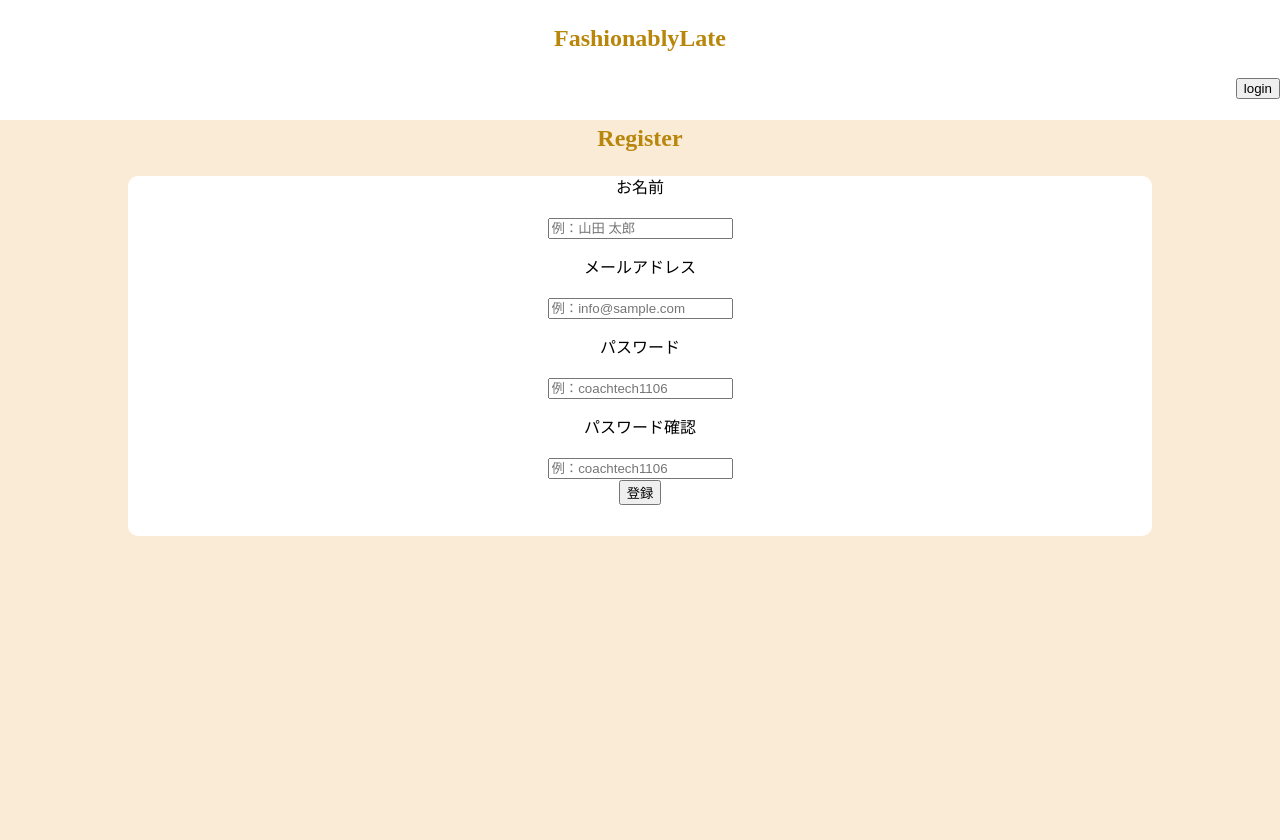
Repository: tokisiro/test-form
Page: http://localhost/register
The author's editor kept a copy of each file at every save. The page is drawn from the files as they stood at one save, then again after a run of saves.
The browser window is 1280 px wide. The pictures show the whole page.
The page is served by the project's Laravel application, run on PHP 8.4 with Laravel 8. A made-up administrator, Test User (test@example.com), is signed in.

Above is the page before, as saved 2025-05-07 20:38:38.

After the next 5 saves:
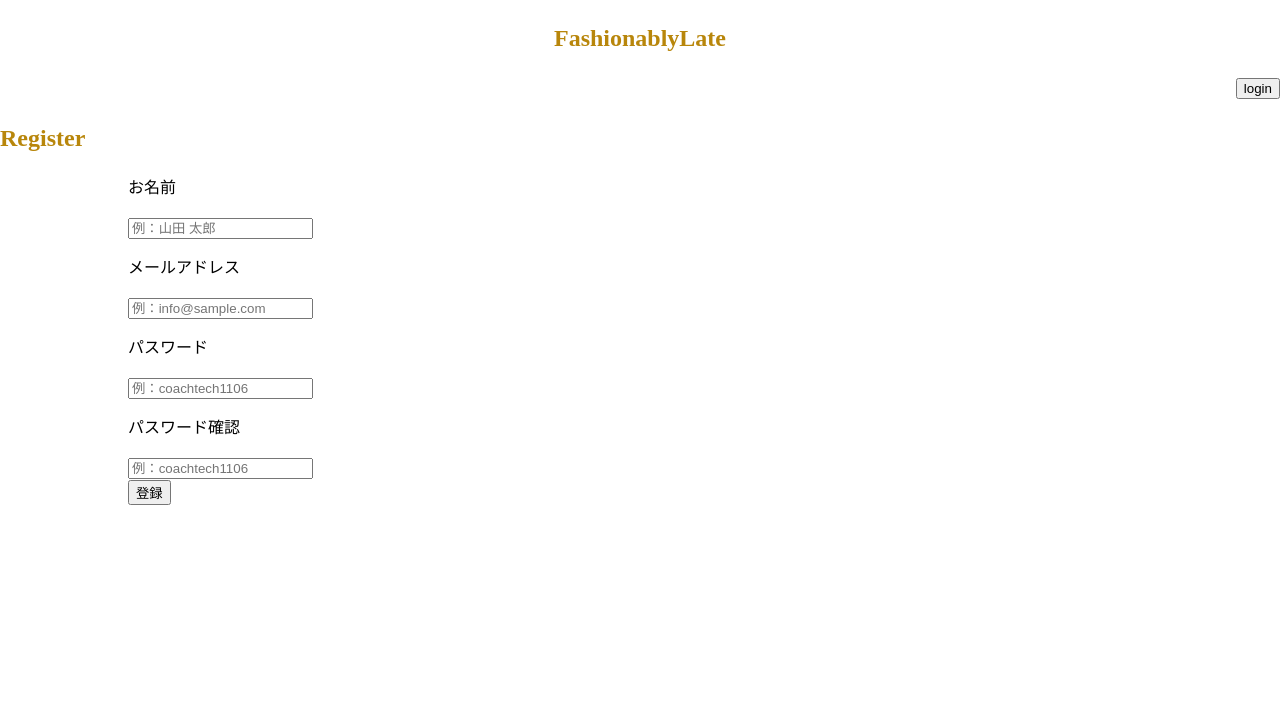
The 5 saves are shown as one change because they came seconds apart.
The last was saved 26 s later.
--- a/src/public/css/register.css
+++ b/src/public/css/register.css
@@ -25,6 +25,7 @@
     text-align: right;
 }
 
+.header__
 
 
 .register-form {

After the 3 saves that followed:
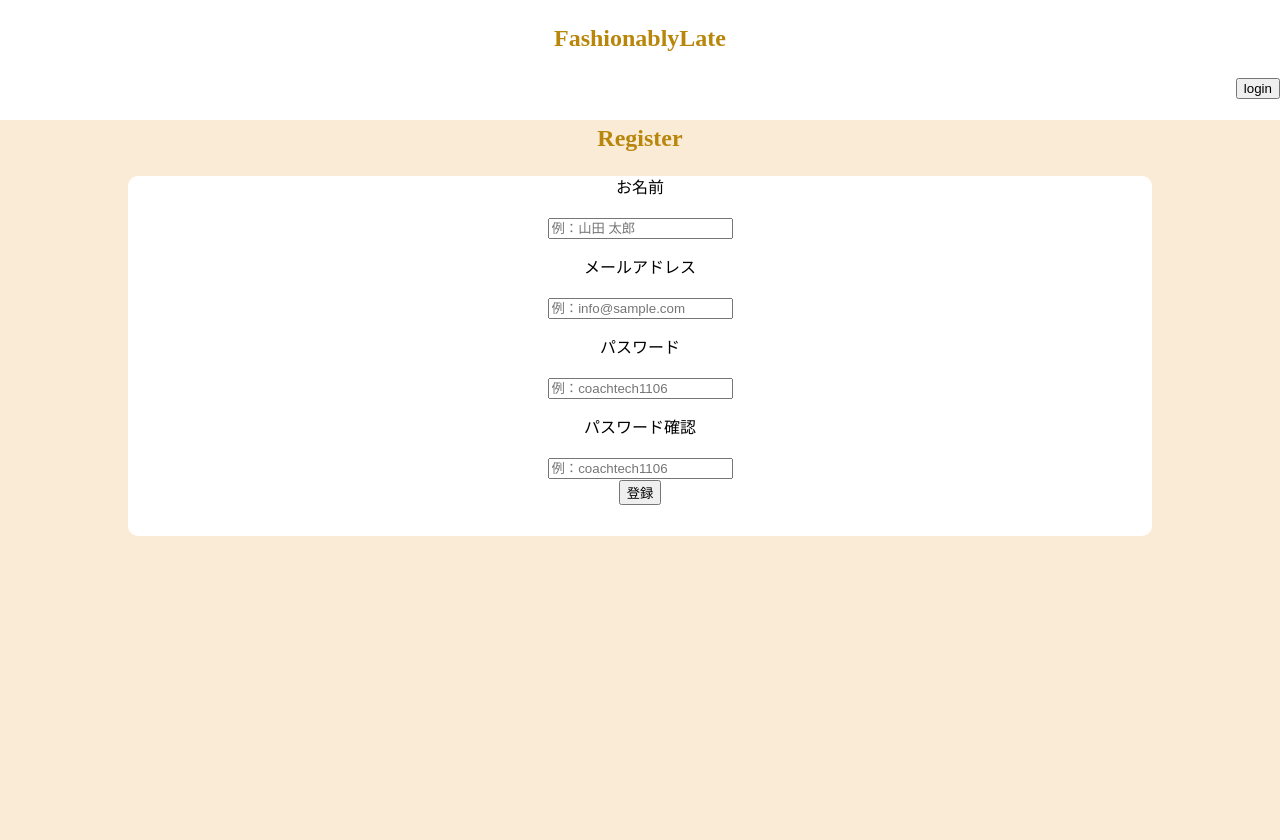
The 3 saves are shown as one change because 1 left the picture as it was and some came seconds apart.
The last was saved 10 s later.
--- a/src/public/css/register.css
+++ b/src/public/css/register.css
@@ -25,7 +25,9 @@
     text-align: right;
 }
 
-.header__
+.header__button-item{
+
+}
 
 
 .register-form {
